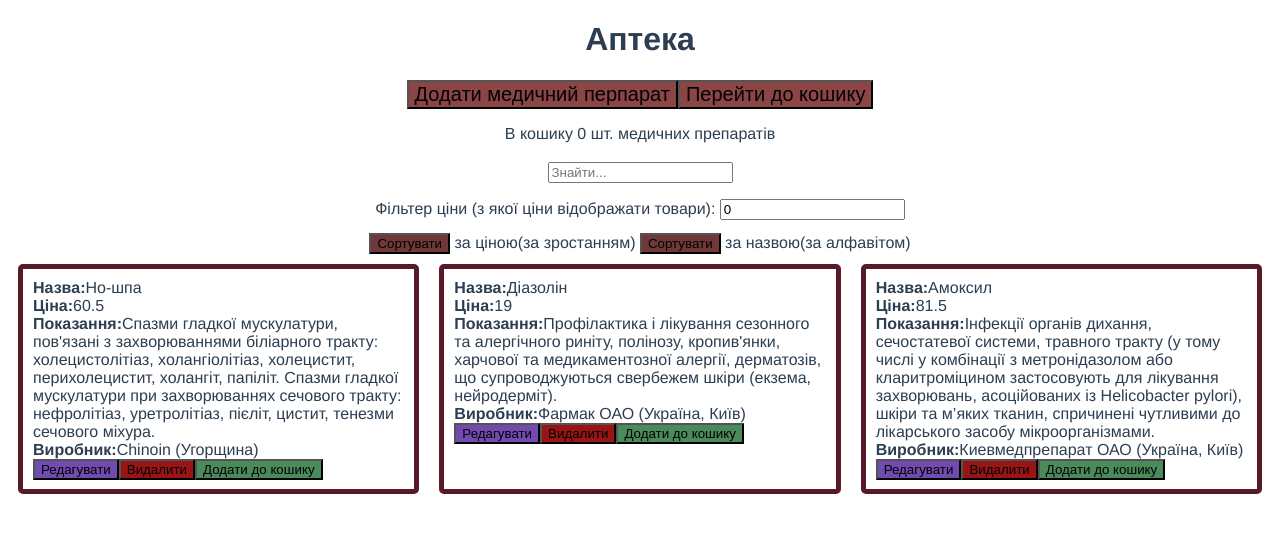
Repository: kristinap8/pharmacy
Page: /
The author's editor kept a copy of each file at every save. The page is drawn from the files as they stood at one save, then again after the next save.
The browser window is 1280 px wide. The pictures show the whole page.
The project was rebuilt for these pictures with package versions that can differ from the ones it lists, and the page was loaded fresh each time. Also part of the build but not shown: src/components/AddMedicineForm/index.vue, src/pages/AddMedicine/index.vue, src/components/EditMedicineForm/index.vue, src/pages/EditMedicine/index.vue, src/components/CartForm/index.vue, src/pages/Cart/index.vue.

Above is the page before, as saved 2020-12-10 11:28:45.

After the next save:
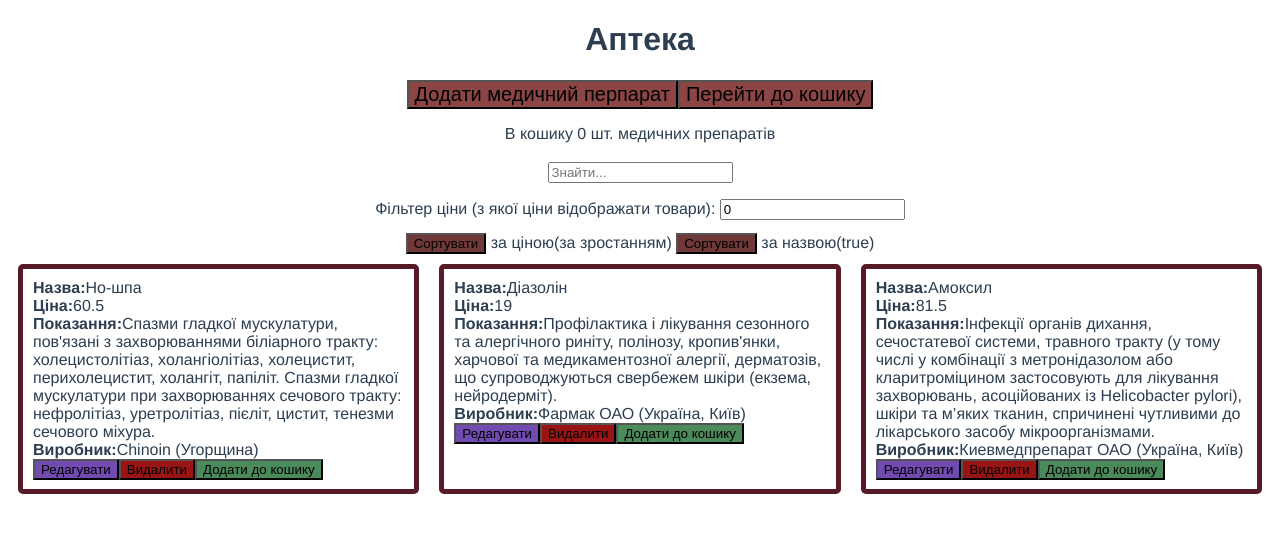
Saved 34 s later.
--- a/src/components/MedicinesList/index.vue
+++ b/src/components/MedicinesList/index.vue
@@ -40,7 +40,8 @@ import MedicineCard from "./MedicineCard"
                 price:0,
                 sortByPriceDir:true,
                 sortP:'за зростанням',
-                sortByNameDir:"за алфавітом"
+                sortByNameDir:true,
+                sortN:'за алфавітом',
             }
         },
         components: {

After the save that followed:
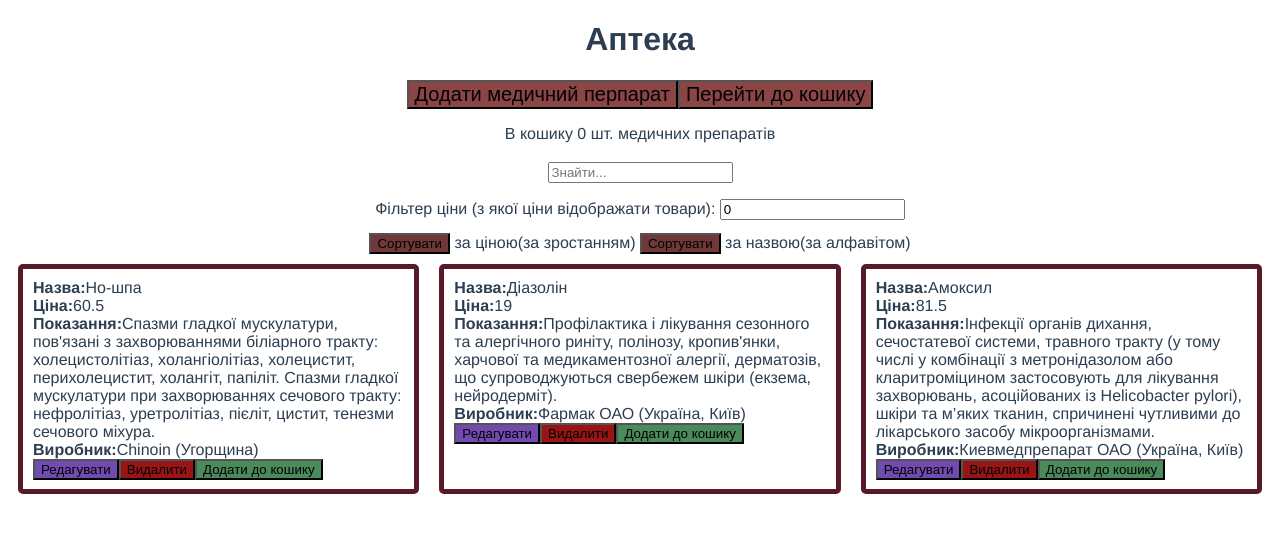
Saved 10 s later.
--- a/src/components/MedicinesList/index.vue
+++ b/src/components/MedicinesList/index.vue
@@ -13,7 +13,7 @@
               <button id="s" @click="sortByPrice">Сортувати</button>
                 за ціною({{sortP}})
                 <button id="s" @click="sortByName">Сортувати</button>
-                за назвою({{sortByNameDir}})
+                за назвою({{sortN}})
         </div>
     <div class="list-container">
     <medicine-card
